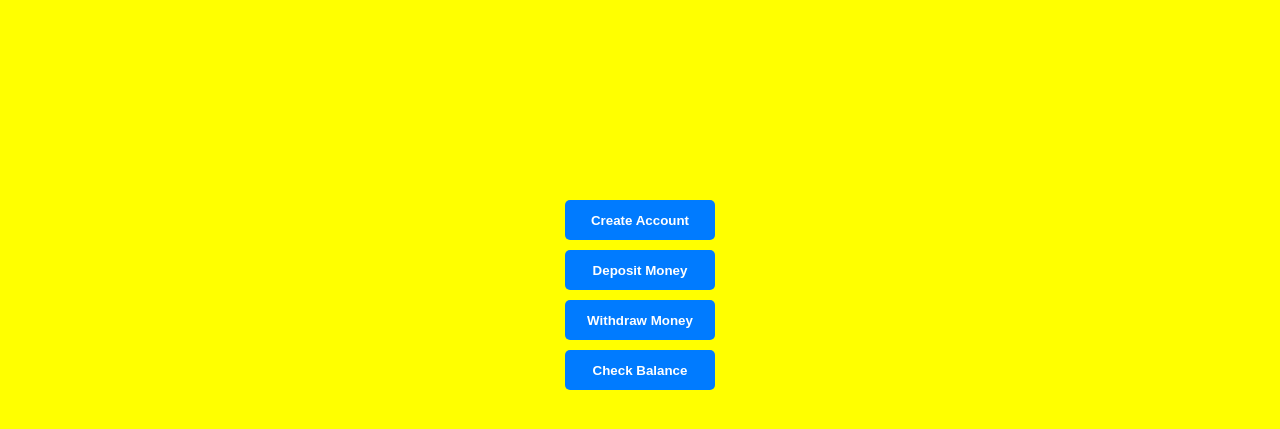
Repository: Surajkande2001/IGTSolution
Page: WebJSPProject1/src/main/webapp/Index.html
The author's editor kept a copy of each file at every save. The page is drawn from the files as they stood at one save, then again after the next save.
The browser window is 1280 px wide. The pictures show the whole page.

Above is the page before, as saved 2023-07-02 16:13:14.

### WebJSPProject1/src/main/webapp/Index.html
<!DOCTYPE html>
<html>

<head>
	<meta charset="ISO-8859-1">
	<title>Banking App</title>
	<style>
		body {
			background-color: yellow;
			font-family: Arial, sans-serif;
			margin: 0;
			padding: 0;
		}

		.container {
			text-align: center;
			margin-top: 200px;
		}

		.container form {
			margin-bottom: 10px;
		}

		.container input[type="submit"] {
			width: 150px;
			height: 40px;
			border-radius: 5px;
			border: none;
			background-color: #007bff;
			color: #ffffff;
			font-weight: bold;
			cursor: pointer;
		}

		.container input[type="submit"]:hover {
			background-color: #0056b3;
		}
	</style>
</head>

<body>

	<div class="container">
		<form action="Create.html">
			<input type="submit" value="Create Account">
		</form>

		<form action="Deposit.html">
			<input type="submit" value="Deposit Money">
		</form>

		<form action="Withdraw.html">
			<input type="submit" value="Withdraw Money">
		</form>

		<form action="Check.html">
			<input type="submit" value="Check Balance">
		</form>
	</div>

</body>

</html>

After the next save:
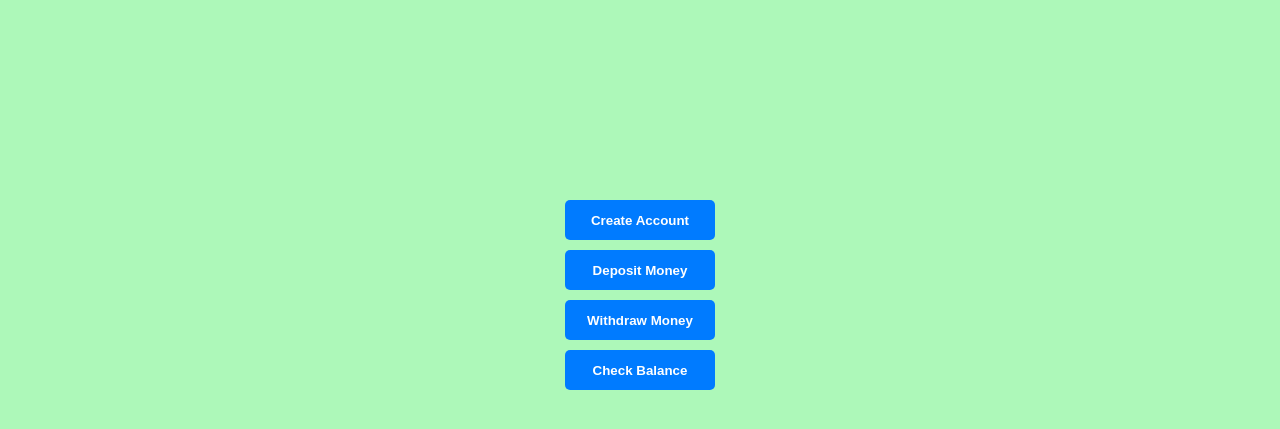
Saved 2 min 27 s later.
--- a/WebJSPProject1/src/main/webapp/Index.html
+++ b/WebJSPProject1/src/main/webapp/Index.html
@@ -6,7 +6,7 @@
 	<title>Banking App</title>
 	<style>
 		body {
-			background-color: yellow;
+			background-color: rgb(173, 248, 185);
 			font-family: Arial, sans-serif;
 			margin: 0;
 			padding: 0;
